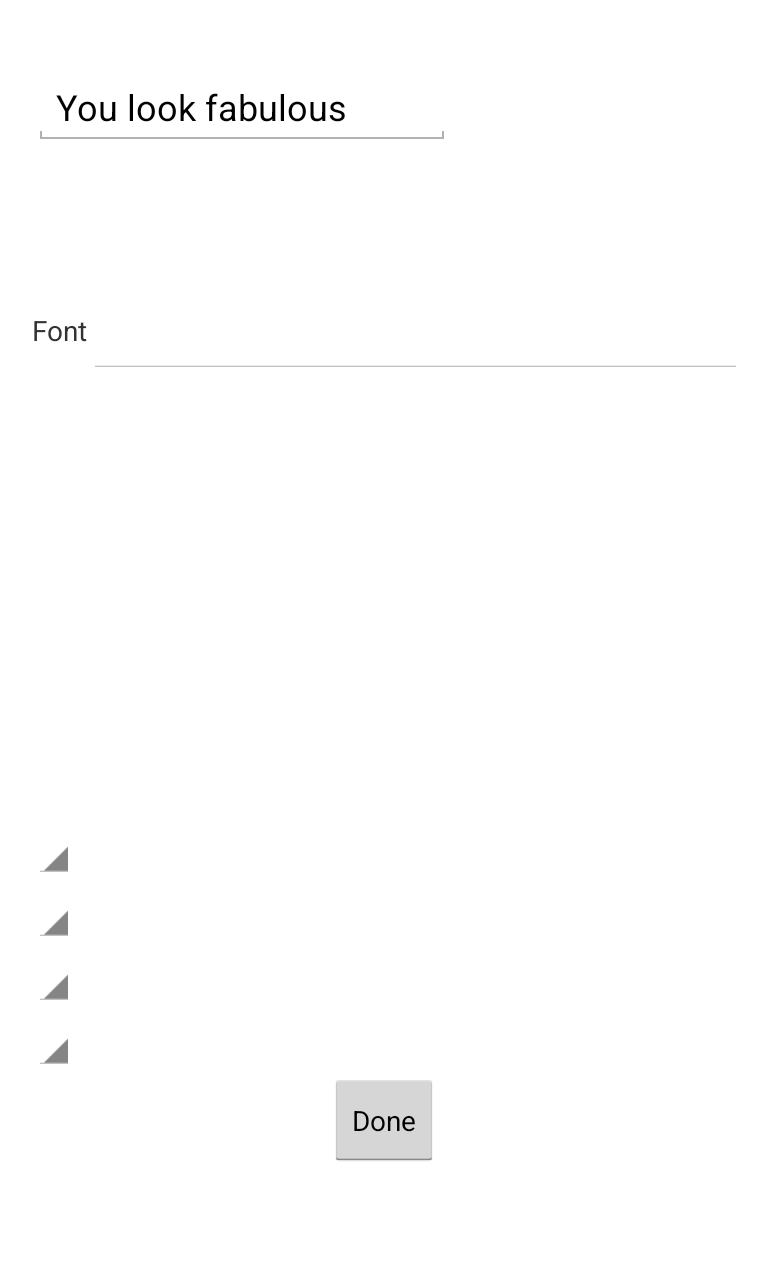
Repository: rtyanas/MyPics
Layout: workspace/MyPic/res/layout/activity_settings.xml
These files come from the project's save history. The layout is drawn as it stood at one moment and after the next save; the edit follows.
It is drawn on a 768 x 1280 px phone screen (xhdpi) without system bars, with theme AppTheme; the app's code is not run.

Above is the layout before, as saved 2013-12-17 19:11:39.

### workspace/MyPic/res/layout/activity_settings.xml
<RelativeLayout xmlns:android="http://schemas.android.com/apk/res/android"
    xmlns:tools="http://schemas.android.com/tools"
    android:id="@+id/message"
    android:layout_width="match_parent"
    android:layout_height="match_parent"
    android:paddingBottom="@dimen/activity_vertical_margin"
    android:paddingLeft="@dimen/activity_horizontal_margin"
    android:paddingRight="@dimen/activity_horizontal_margin"
    android:paddingTop="@dimen/activity_vertical_margin"
    tools:context=".SettingsActivity" >

    <EditText
        android:id="@+id/editText1"
        android:layout_width="wrap_content"
        android:layout_height="wrap_content"
        android:layout_alignParentTop="true"
        android:layout_marginTop="18dp"
        android:ems="10"
        android:text="@string/fabulous" />

    <Button
        android:id="@+id/done"
        style="?android:attr/buttonStyleSmall"
        android:layout_width="wrap_content"
        android:layout_height="wrap_content"
        android:layout_alignParentBottom="true"
        android:layout_centerHorizontal="true"
        android:layout_marginBottom="40dp"
        android:text="@string/done" />

    <Spinner
        android:id="@+id/rotate"
        android:layout_width="wrap_content"
        android:layout_height="wrap_content"
        android:layout_above="@+id/done"
        android:layout_alignLeft="@+id/size" />

    <Spinner
        android:id="@+id/size"
        android:layout_width="wrap_content"
        android:layout_height="wrap_content"
        android:layout_above="@+id/rotate"
        android:layout_alignLeft="@+id/color" />

    <Spinner
        android:id="@+id/color"
        android:layout_width="wrap_content"
        android:layout_height="wrap_content"
        android:layout_above="@+id/size"
        android:layout_alignLeft="@+id/style" />

    <Spinner
        android:id="@+id/style"
        android:layout_width="wrap_content"
        android:layout_height="wrap_content"
        android:layout_above="@+id/color"
        android:layout_alignLeft="@+id/editText1" />

    <LinearLayout
        android:id="@+id/linearLayout1"
        android:layout_width="wrap_content"
        android:layout_height="wrap_content"
        android:layout_alignParentRight="true"
        android:layout_below="@+id/editText1"
        android:layout_marginTop="82dp" >

        <TextView
            android:id="@+id/textView1"
            android:layout_width="wrap_content"
            android:layout_height="wrap_content"
            android:layout_marginBottom="23dp"
            android:text="@string/font" />

        <Spinner
            android:id="@+id/font"
            android:layout_width="361dp"
            android:layout_height="wrap_content" />
    </LinearLayout>

</RelativeLayout>

### workspace/MyPic/res/values/strings.xml
<?xml version="1.0" encoding="utf-8"?>
<resources>

    <string name="app_name">MyPic</string>
    <string name="action_settings">Settings</string>
    <string name="hello_world">Hello world!</string>
    <string name="fabulous">You look fabulous</string>
    <string name="my_pic_image">myPic Image</string>
    <string name="get_image">Get Image</string>
    <string name="title_activity_get_image">GetImageActivity</string>
    <string name="title_activity_settings">SettingsActivity</string>
    <string name="init_text">You are fabulous</string>
    <string name="done">Done</string>
    <string-array name="Fonts">
        <item >Normal</item>
        <item >Monospace</item>
        <item >Sans Serif</item>
        <item >Serif</item>
    </string-array>
    <string-array name="Color">
        <item >Black</item>
        <item >Red</item>
        <item >Green</item>
        <item >White</item>
        <item >Blue</item>
        <item >Grey</item>
        <item >Cyan</item>
        <item >Dark Gray</item>
        <item >Magenta</item>
        <item >Transparent</item>
        <item >Yellow</item>
    </string-array>
    <string-array name="Style">
        <item >Bold</item>
        <item >Bold Italic</item>
        <item >Italic</item>
        <item >Normal</item>
    </string-array>
    <string-array name="Size">
        <item >12</item>
        <item >16</item>
        <item >18</item>
        <item >24</item>
        <item >28</item>
        <item >32</item>
        <item >36</item>
        <item >40</item>
    </string-array>
    <string-array name="Rotate">
        <item >0</item>
        <item >-90</item>
        <item >90</item>
    </string-array>
        <string name="font">Font</string>

</resources>

Loaded but not shown: workspace/MyPic/res/values/styles.xml (common file); workspace/MyPic/res/values-v11/styles.xml (common file); workspace/MyPic/res/values-v14/styles.xml (common file); workspace/MyPic/res/values/dimens.xml (common file)

After the next save:
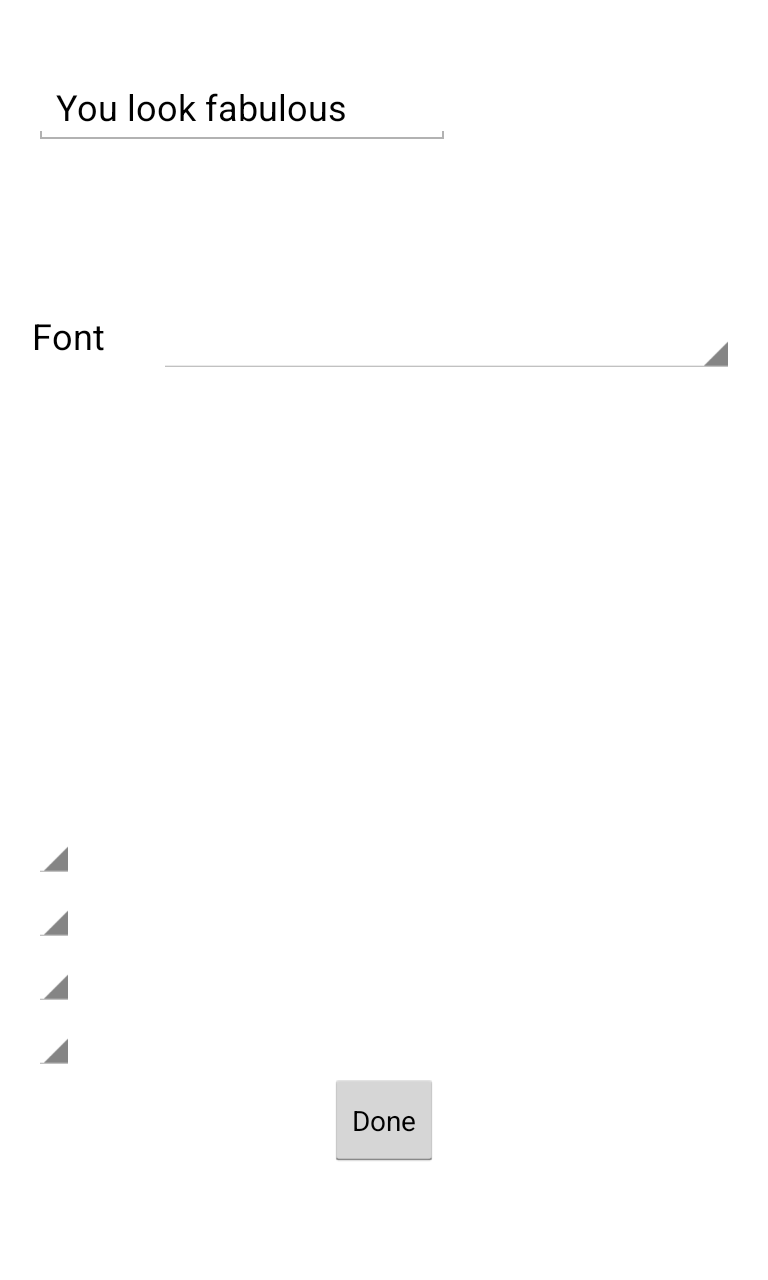
Saved 2 min 30 s later.
--- a/workspace/MyPic/res/layout/activity_settings.xml
+++ b/workspace/MyPic/res/layout/activity_settings.xml
@@ -60,21 +60,25 @@
         android:id="@+id/linearLayout1"
         android:layout_width="wrap_content"
         android:layout_height="wrap_content"
+        android:layout_alignLeft="@+id/editText1"
         android:layout_alignParentRight="true"
         android:layout_below="@+id/editText1"
         android:layout_marginTop="82dp" >
 
         <TextView
-            android:id="@+id/textView1"
+            android:id="@+id/textView2"
             android:layout_width="wrap_content"
             android:layout_height="wrap_content"
-            android:layout_marginBottom="23dp"
-            android:text="@string/font" />
+            android:layout_weight="0.39"
+            android:text="@string/font"
+            android:textAppearance="?android:attr/textAppearanceMedium" />
 
         <Spinner
             android:id="@+id/font"
-            android:layout_width="361dp"
-            android:layout_height="wrap_content" />
+            android:layout_width="251dp"
+            android:layout_height="wrap_content"
+            android:layout_weight="0.57" />
+
     </LinearLayout>
 
 </RelativeLayout>
